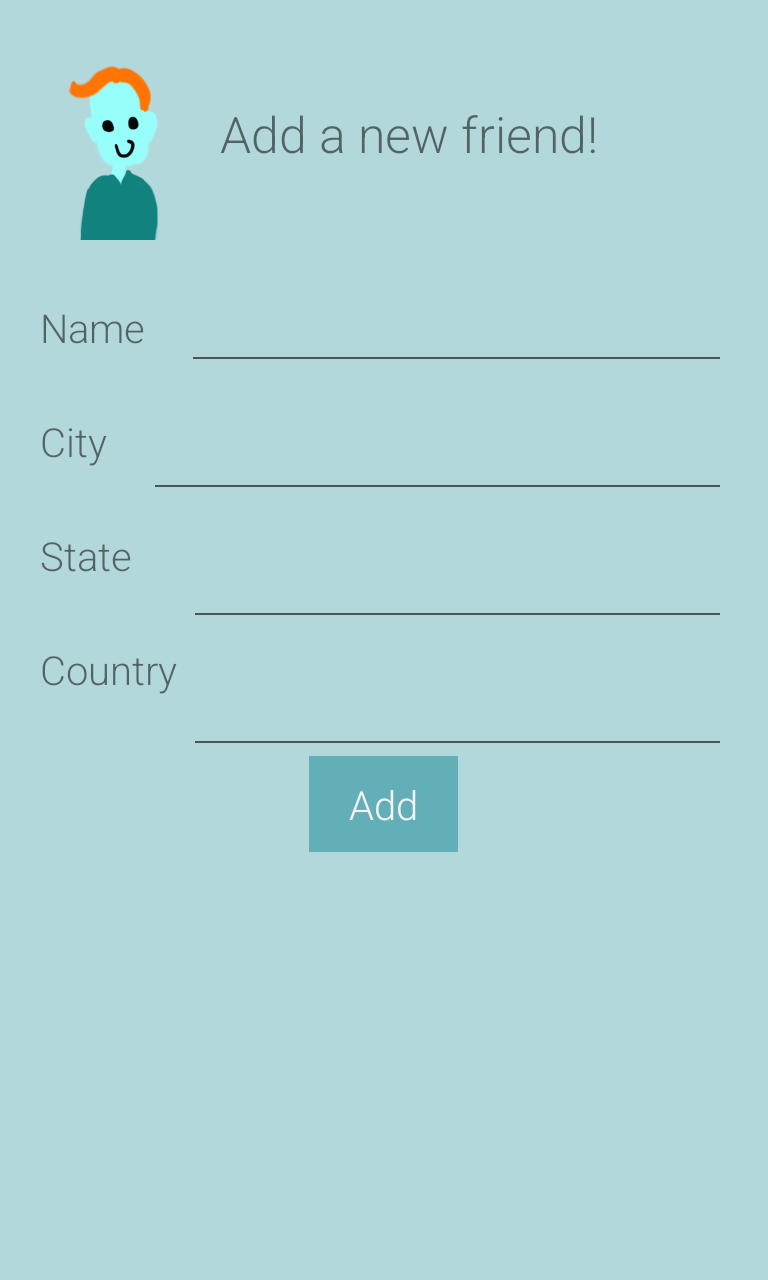
Repository: hinasakazaki/WeatherWithFriends
Layout: WeatherWithFriends/res/layout/add_fragment.xml
These files come from the project's save history. The layout is drawn as it stood at one moment and after the next save; the edit follows.
It is drawn on a 768 x 1280 px phone screen (xhdpi) without system bars, with theme AppTheme; the app's code is not run.

Above is the layout before, as saved 2014-06-10 22:49:56.

### WeatherWithFriends/res/layout/add_fragment.xml
<?xml version="1.0" encoding="utf-8"?>
<ScrollView xmlns:android="http://schemas.android.com/apk/res/android"
    android:layout_width="fill_parent"
    android:layout_height="600dp"
     android:background="#b3d8dc"
    >

<RelativeLayout
    android:layout_width="match_parent"
    android:layout_height="match_parent"
    android:orientation="vertical"
    >

    <!-- first row -->
	   <ImageView android:id="@+id/icon"
        android:layout_width="100dp"
        android:layout_height="100dp"
        android:layout_alignParentTop="true"
        android:layout_marginTop="20dp"
        android:layout_marginLeft="10dp"
        android:src="@drawable/mike"
        />
	   <TextView
    	    android:id="@+id/title"
    	    android:layout_width="wrap_content"
    	    android:layout_height="wrap_content"
    	    android:layout_toRightOf="@+id/icon"
    	    android:text="Add a new friend!"
    	    android:textSize="25dp"
    	    android:layout_marginTop="50dp"/>

	<!--  second row -->

	   <TextView
    	    android:id="@+id/Name"
    	    android:layout_width="wrap_content"
    	    android:layout_height="wrap_content"
    	    android:layout_alignParentLeft="true"
    	    android:layout_below="@id/icon"
    	    android:textSize="20dp"
    	    android:text="Name"
    	    android:layout_marginTop="30dp"
    	    android:layout_marginLeft="20dp"
    	   />
	   <EditText
	       android:id="@+id/nameEdit"
	        android:layout_width="wrap_content"
    	    android:layout_height="wrap_content"
    	    android:layout_alignParentRight="true"
    	    android:layout_toRightOf="@id/Name"
    	    android:layout_below="@id/title"
    	    android:textSize="20dp"
    	    android:layout_marginTop="60dp"
    	    android:layout_marginLeft="20dp"
    	     android:layout_marginRight="20dp"
    	    />

	 <!-- third row -->

	   <TextView
    	    android:id="@+id/city"
    	    android:layout_width="wrap_content"
    	    android:layout_height="wrap_content"
    	    android:layout_alignParentLeft="true"
    	    android:layout_below="@id/Name"
    	    android:textSize="20dp"
    	    android:text="City"
    	    android:layout_marginTop="30dp"
    	    android:layout_marginLeft="20dp"/>

	   <EditText
	       android:id="@+id/cityEdit"
	        android:layout_width="wrap_content"
    	    android:layout_height="wrap_content"
    	    android:layout_alignParentRight="true"
    	    android:layout_toRightOf="@id/city"
    	    android:layout_below="@id/nameEdit"
    	     android:textSize="20dp"
    	     android:layout_marginTop="20dp"
    	     android:layout_marginLeft="20dp"
    	      android:layout_marginRight="20dp"
    	    />

	  <!-- fourth row -->

	   <TextView
    	    android:id="@+id/state"
    	    android:layout_width="wrap_content"
    	    android:layout_height="wrap_content"
    	    android:layout_alignParentLeft="true"
    	    android:layout_below="@id/city"
    	    android:textSize="20dp"
    	    android:text="State"
    	    android:layout_marginTop="30dp"
    	    android:layout_marginLeft="20dp"/>

	   <EditText
	       android:id="@+id/stateEdit"
	        android:layout_width="wrap_content"
    	    android:layout_height="wrap_content"
    	    android:layout_alignParentRight="true"
    	    android:layout_toRightOf="@id/city"
    	    android:layout_below="@id/cityEdit"
    	     android:textSize="20dp"
    	     android:maxLength="2"
    	     android:layout_marginTop="20dp"
    	     android:layout_marginLeft="40dp"
    	      android:layout_marginRight="20dp"
    	    />

	   <!-- fifth row -->

	    <TextView
    	    android:id="@+id/country"
    	    android:layout_width="wrap_content"
    	    android:layout_height="wrap_content"
    	    android:layout_alignParentLeft="true"
    	    android:layout_below="@id/state"
    	    android:textSize="20dp"
    	    android:text="Country"
    	    android:layout_marginTop="30dp"
    	    android:layout_marginLeft="20dp"/>

	   <EditText
	       android:id="@+id/countryEdit"
	        android:layout_width="wrap_content"
    	    android:layout_height="wrap_content"
    	    android:layout_alignParentRight="true"
    	    android:layout_toRightOf="@id/city"
    	    android:layout_below="@id/stateEdit"
    	     android:textSize="20dp"
    	     android:layout_marginTop="20dp"
    	     android:layout_marginLeft="40dp"
    	      android:layout_marginRight="20dp"
    	    />

    	<Button
            android:id="@+id/addButton"
            android:layout_height="wrap_content"
            android:layout_width="wrap_content"
            android:text="Add"
            android:background = "#62afb8"
            android:textSize="20dp"
            android:paddingLeft="20dp"
            android:paddingRight="20dp"
            android:layout_below="@id/country"
            android:layout_marginTop="30dp"
            android:layout_centerHorizontal="true"
            />



</RelativeLayout>

</ScrollView>

### WeatherWithFriends/res/values/styles.xml
<resources>

    <!--
        Base application theme, dependent on API level. This theme is replaced
        by AppBaseTheme from res/values-vXX/styles.xml on newer devices.
    -->
      <style name="AppBaseTheme" parent="android:Theme.Light">
        <!--
            Theme customizations available in newer API levels can go in
            res/values-vXX/styles.xml, while customizations related to
            backward-compatibility can go here.
        -->
    </style>

    <!-- Application theme. -->
    <style name="AppTheme" parent="AppBaseTheme">
        <item name="android:textViewStyle">@style/RobotoTextViewStyle</item>
   		<item name="android:buttonStyle">@style/RobotoButtonStyle</item>
        <!-- All customizations that are NOT specific to a particular API-level can go here. -->
    </style>

    <style name="RobotoTextViewStyle" parent="android:Widget.TextView">
    	<item name="android:fontFamily">sans-serif-light</item>
	</style>

	<style name="RobotoButtonStyle" parent="android:Widget.Holo.Button">
    	<item name="android:fontFamily">sans-serif-light</item>
	</style>
</resources>

Loaded but not shown: WeatherWithFriends/res/values-v11/styles.xml (common file); WeatherWithFriends/res/values-v14/styles.xml (common file)

After the next save:
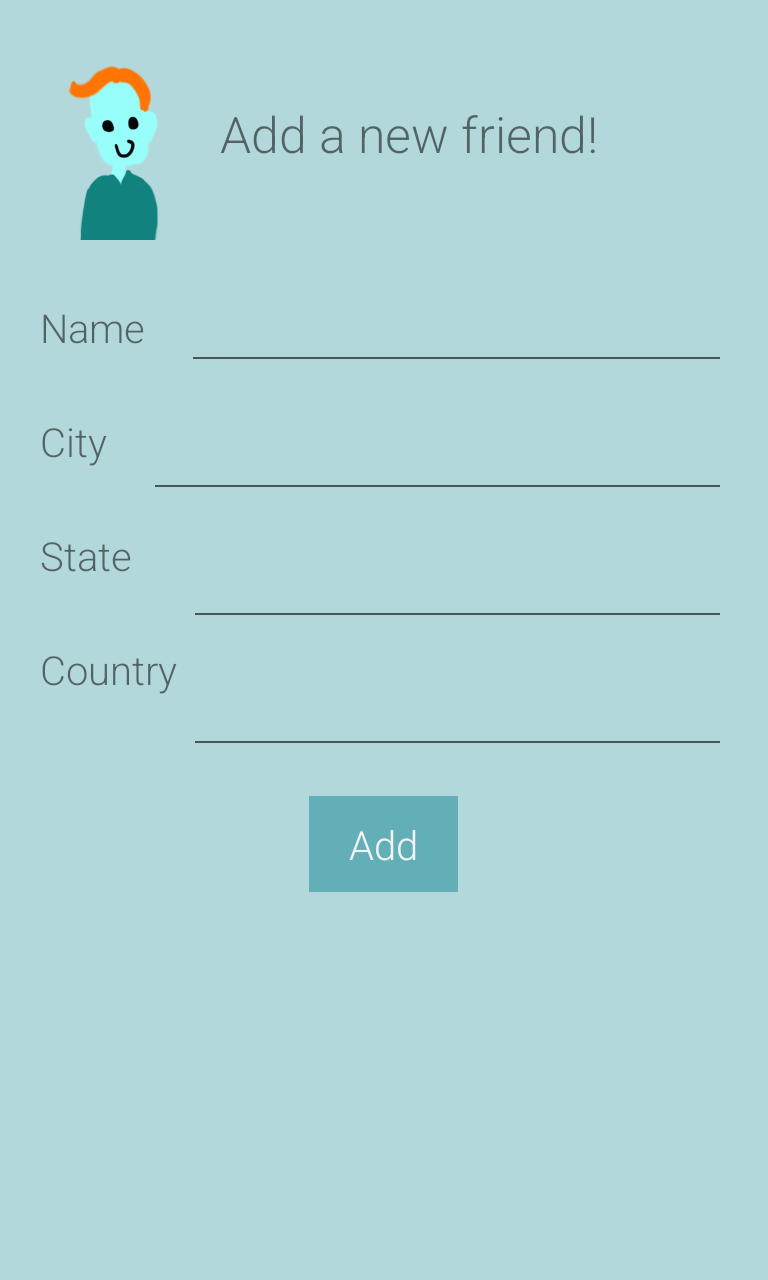
Saved 30 s later.
--- a/WeatherWithFriends/res/layout/add_fragment.xml
+++ b/WeatherWithFriends/res/layout/add_fragment.xml
@@ -144,7 +144,7 @@
             android:paddingLeft="20dp"
             android:paddingRight="20dp"
             android:layout_below="@id/country"
-            android:layout_marginTop="30dp"
+            android:layout_marginTop="50dp"
             android:layout_centerHorizontal="true"
             />
 
